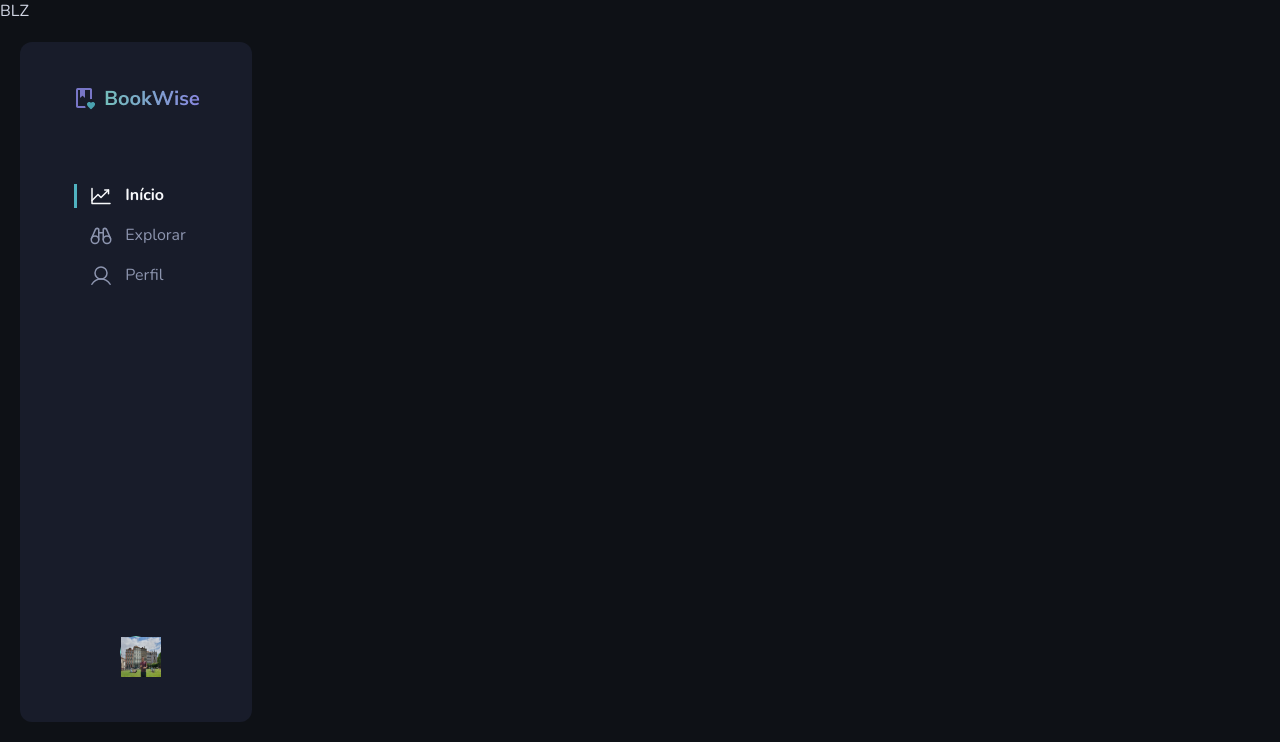
Repository: Giopol12/book-wise
Page: /index.page
These files come from the project's save history. The page is drawn as it stood at one moment and after the next save; the edit follows.
The browser window is 1280 px wide. The pictures show the whole page.
The project was rebuilt for these pictures with package versions that can differ from the ones it lists, and the page was loaded fresh each time. The framework's server and built-in components were replaced by stand-ins that run in the browser. Also part of the build but not shown: next.config.js.

Above is the page before, as saved 2023-10-17 16:40:46.

### src/pages/_app.tsx
import { globalStyles } from '@/styles/global'
import type { AppProps } from 'next/app'

globalStyles()

export default function App({ Component, pageProps }: AppProps) {
  return (
    <>
      <div>BLZ</div>
      <Component {...pageProps} />
    </>
  )
}

### src/pages/_document.tsx
import { getCssText } from '@/styles'
import { Html, Head, Main, NextScript } from 'next/document'

export default function Document() {
  return (
    <Html lang="en">
      <Head>
        <link rel="preconnect" href="https://fonts.googleapis.com" />
        <link
          rel="preconnect"
          href="https://fonts.gstatic.com"
          crossOrigin="anonymous"
        />

        <link
          href="https://fonts.googleapis.com/css2?family=Nunito:wght@400;500;700&display=swap"
          rel="stylesheet"
        />
        <style
          id="stitches"
          dangerouslySetInnerHTML={{ __html: getCssText() }}
        />
      </Head>
      <body>
        <Main />
        <NextScript />
      </body>
    </Html>
  )
}

### src/pages/index.page.tsx
export { default } from './home/index'

### src/styles/global.ts
import { globalCss } from '.'

export const globalStyles = globalCss({
  '*': {
    margin: 0,
    padding: 0,
    boxSizing: 'border-box',
  },

  body: {
    '-webkit-font-smoothing': 'antialiased',
    backgroundColor: '$gray800',
    color: '$gray300',
  },

  'body, input, textarea, button': {
    fontFamily: 'Nunito',
    fontWeight: 400,
  },
})

### src/styles/index.ts
// stitches.config.ts

import { createStitches } from '@stitches/react'

export const {
  styled,
  getCssText,
  globalCss,
  config,
  createTheme,
  css,
  keyframes,
  prefix,
  reset,
  theme,
} = createStitches({
  theme: {
    fonts: {
      default: 'Nunito, sans-serif',
    },

    space: {
      px: '1px',
      1: '0.25rem',
      2: '0.5rem',
      3: '0.75rem',
      4: '1rem',
      5: '1.25rem',
      6: '1.5rem',
      7: '1.75rem',
      8: '2rem',
      10: '2.5rem',
    },

    fontSizes: {
      xs: '0.75rem',
      sm: '0.875rem',
      md: '1rem',
      lg: '1.125rem',
      xl: '1.25rem',
      '2xl': '1.5rem',
    },

    fontWeights: {
      regular: '400',
      medium: '500',
      bold: '700',
    },

    lineHeights: {
      shorter: '125%',
      short: '140%',
      base: '160%',
      tall: '180%',
    },

    colors: {
      white: '#FFFFFF',
      black: '#000000',
      green100: '#50B2C0',
      green200: '#255D6A',
      green300: '#0A313C',
      purple100: '#8381D9',
      purple200: '#2A2879',
      gray100: '#F8F9FC',
      gray200: '#E6E8F2',
      gray300: '#D1D6E4',
      gray400: '#8D95AF',
      gray500: '#303F73',
      gray600: '#252D4A',
      gray700: '#181C2A',
      gray800: '#0E1116',
      'gradient-vertical': `linear-gradient(180deg, #7FD1CC 0%, #9694F5 100%)`,
      'gradient-horizontal': `linear-gradient(90deg, #7FD1CC 0%, #9694F5 100%)`,
    },

    radii: {
      xs: '2.5px',
      sm: '5px',
      md: '10px',
      lg: '20px',
      full: '99999px',
    },
  },
})

### src/pages/home/index.tsx
import { Sidebar } from './components/Sidebar'
import { Container } from './styles'

export default function Home() {
  return (
    <Container>
      <Sidebar />
    </Container>
  )
}

### src/pages/home/components/Sidebar/index.tsx
import Image from 'next/image'
import {
  LoginButton,
  LogoContainer,
  NavContainer,
  NavItemContainer,
  SidebarContainer,
  TopContainer,
} from './styles'

import logo from '../../../../assets/Logo.png'
import avatar from '../../../../assets/avatar.jpeg'
import { Binoculars, ChartLineUp, SignIn, User } from 'phosphor-react'
import { Avatar } from '@/components/Avatar'

export function Sidebar() {
  return (
    <SidebarContainer>
      <TopContainer>
        <LogoContainer>
          <Image src={logo} alt="" width={128} height={32} />
        </LogoContainer>
        <NavContainer>
          <NavItemContainer selected={true}>
            <ChartLineUp size={24} />
            <span>Início</span>
          </NavItemContainer>
          <NavItemContainer>
            <Binoculars size={24} />
            <span>Explorar</span>
          </NavItemContainer>
          <NavItemContainer>
            <User size={24} />
            <span>Perfil</span>
          </NavItemContainer>
        </NavContainer>
      </TopContainer>
      <LoginButton>
        {/* <strong>Fazer login</strong> <SignIn size={20} /> */}
        <Avatar avatarUrl={avatar} />
      </LoginButton>
    </SidebarContainer>
  )
}

### src/pages/home/styles.ts
import { styled } from '@/styles'

export const Container = styled('div', {
  maxWidth: '1440px',
  margin: '0 auto',
  display: 'flex',
})

### src/pages/home/components/Sidebar/styles.ts
import { styled } from '@/styles'

export const SidebarContainer = styled('div', {
  height: 'calc(100vh - 40px)',
  margin: '$5',
  width: '14.5rem',
  background: '$gray700',
  borderRadius: '12px',
  display: 'flex',
  flexDirection: 'column',
  alignItems: 'center',
  justifyContent: 'space-between',
})
export const TopContainer = styled('div', {
  display: 'flex',
  flexDirection: 'column',
  alignItems: 'center',
})
export const LogoContainer = styled('header', {
  padding: '$10 3.25rem',
})
export const NavContainer = styled('nav', {
  marginTop: '$6',
  display: 'flex',
  flexDirection: 'column',
  gap: '$4',
})
export const NavItemContainer = styled('div', {
  variants: {
    selected: {
      true: {
        color: '$gray100',
        fontWeight: '$bold',
        borderLeftColor: '$green100',
      },
    },
  },
  defaultVariants: {
    selected: false,
  },
  color: '$gray400',
  lineHeight: 'base',
  display: 'flex',
  gap: '$3',
  padding: '0 $3',
  borderLeftWidth: '3px',
  borderLeftColor: 'transparent',
  borderLeftStyle: 'solid',
  '&:hover': {
    cursor: 'pointer',
    color: '$gray100',
    transition: 'color 0.1s',
  },
})
export const LoginButton = styled('footer', {
  display: 'flex',
  alignItems: 'center',
  marginBottom: '3.375rem',
  gap: '$3',
  color: '$gray200',
  svg: {
    color: '$green100',
  },

  '&:hover': {
    cursor: 'pointer',
    filter: 'brightness(1.1)',
  },
})

### src/components/Avatar/index.tsx
import Image from 'next/image'
import { AvatarContainer } from './styles'

interface AvatarProps {
  avatarUrl: string
}

export function Avatar({ avatarUrl }: AvatarProps) {
  return (
    <AvatarContainer>
      <Image src={avatarUrl} width={40} height={40} alt="" quality={100} />
    </AvatarContainer>
  )
}

### src/components/Avatar/styles.ts
import { styled } from '@/styles'

export const AvatarContainer = styled('div', {
  variants: {
    size: {
      sm: {
        width: 32,
        height: 32,
        borderRadius: '$full',
      },
      md: {},
      lg: {},
    },
  },
  defaultVariants: {
    size: 'sm',
  },
  borderRadius: '$full',
  border: '1px solid #7FD1CC',
  overflow: 'hiden',
})

After the next save:
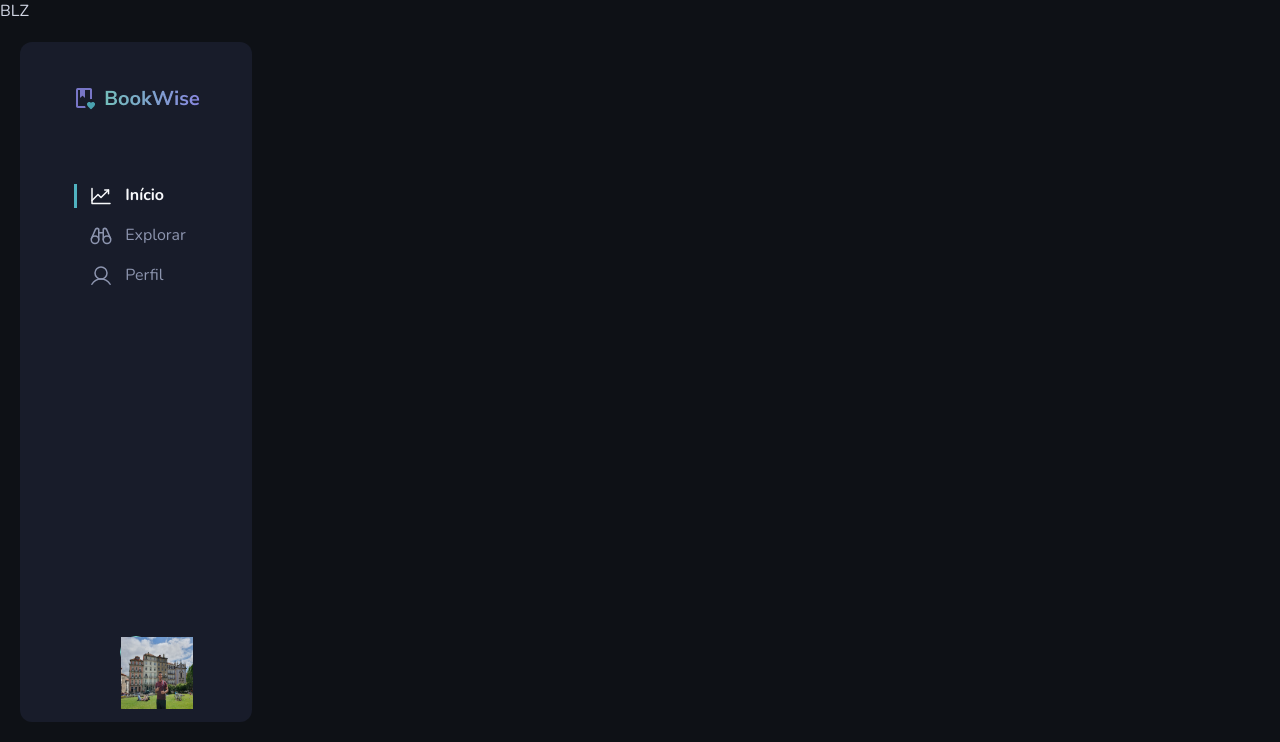
Saved 32 s later.
--- a/src/components/Avatar/index.tsx
+++ b/src/components/Avatar/index.tsx
@@ -8,7 +8,7 @@ interface AvatarProps {
 export function Avatar({ avatarUrl }: AvatarProps) {
   return (
     <AvatarContainer>
-      <Image src={avatarUrl} width={40} height={40} alt="" quality={100} />
+      <Image src={avatarUrl} width={72} height={72} alt="" quality={100} />
     </AvatarContainer>
   )
 }
